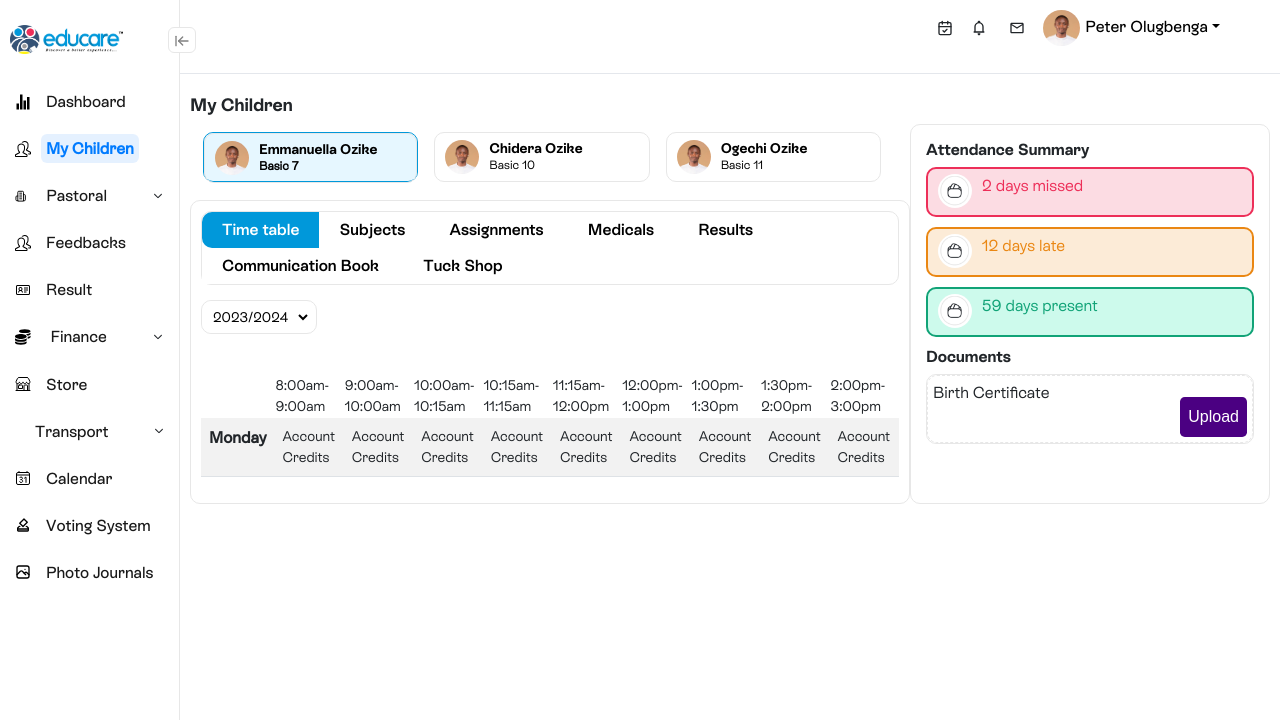
Repository: sarahnnanyelugo/educare-dashboards
Page: /my-children
An editor plug-in stored every save of this project. The page is shown before and after the next save, followed by the edit.
The browser window is 1280 px wide. The pictures show the whole page.
The project was rebuilt for these pictures with package versions that can differ from the ones it lists, and the page was loaded fresh each time. Also part of the build but not shown: src/Dashboards/Parents/MainView/main-view.scss, src/components/News/news.scss, src/components/News/News.js, src/TestData/newsData.js, src/TestData/schEvents.js, src/components/ResultChart/ResultChart.js, src/components/Calender/calender.scss, src/components/Calender/Calender.js and 5 more.

Above is the page before, as saved 2024-10-16 08:42:49.

After the next save:
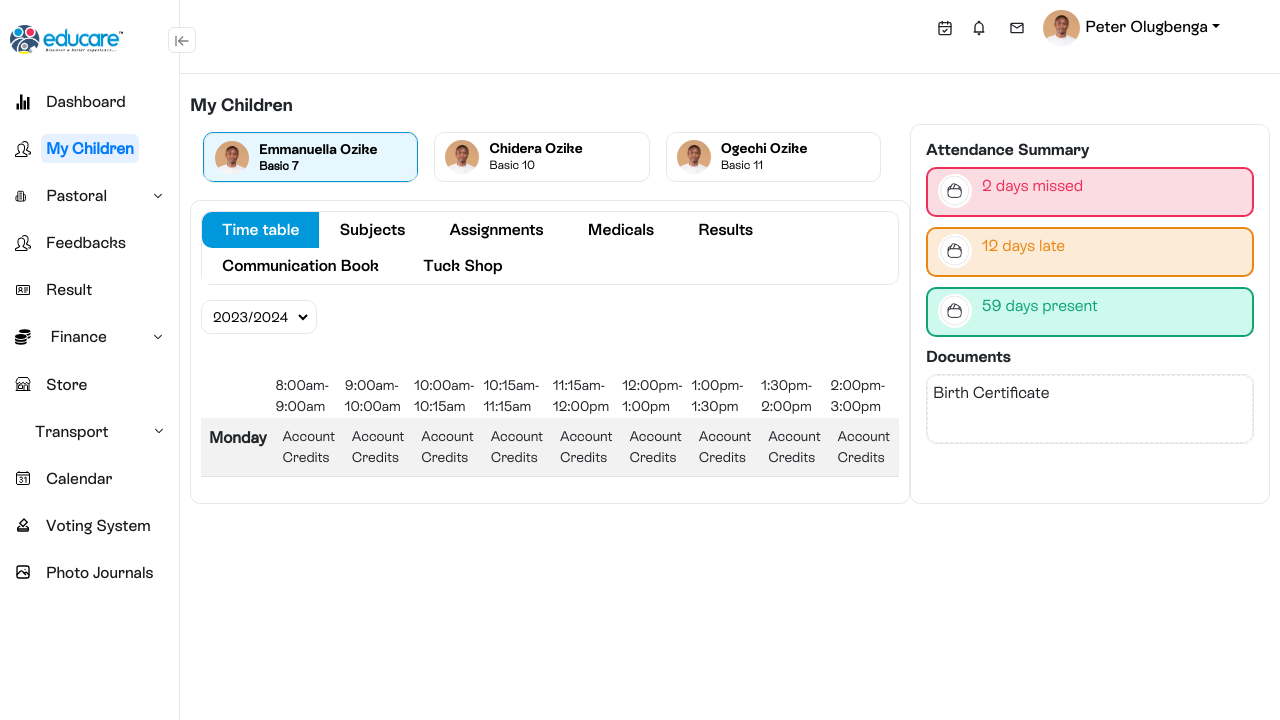
Saved 19 s later.
--- a/src/components/FIleUpload/file-upload.scss
+++ b/src/components/FIleUpload/file-upload.scss
@@ -3,7 +3,7 @@
   border-radius: 10px;
   padding: 5px;
   label {
-    background-color: indigo;
+    background-color: #fff;
     color: white;
     padding: 0.5rem;
     font-family: sans-serif;
